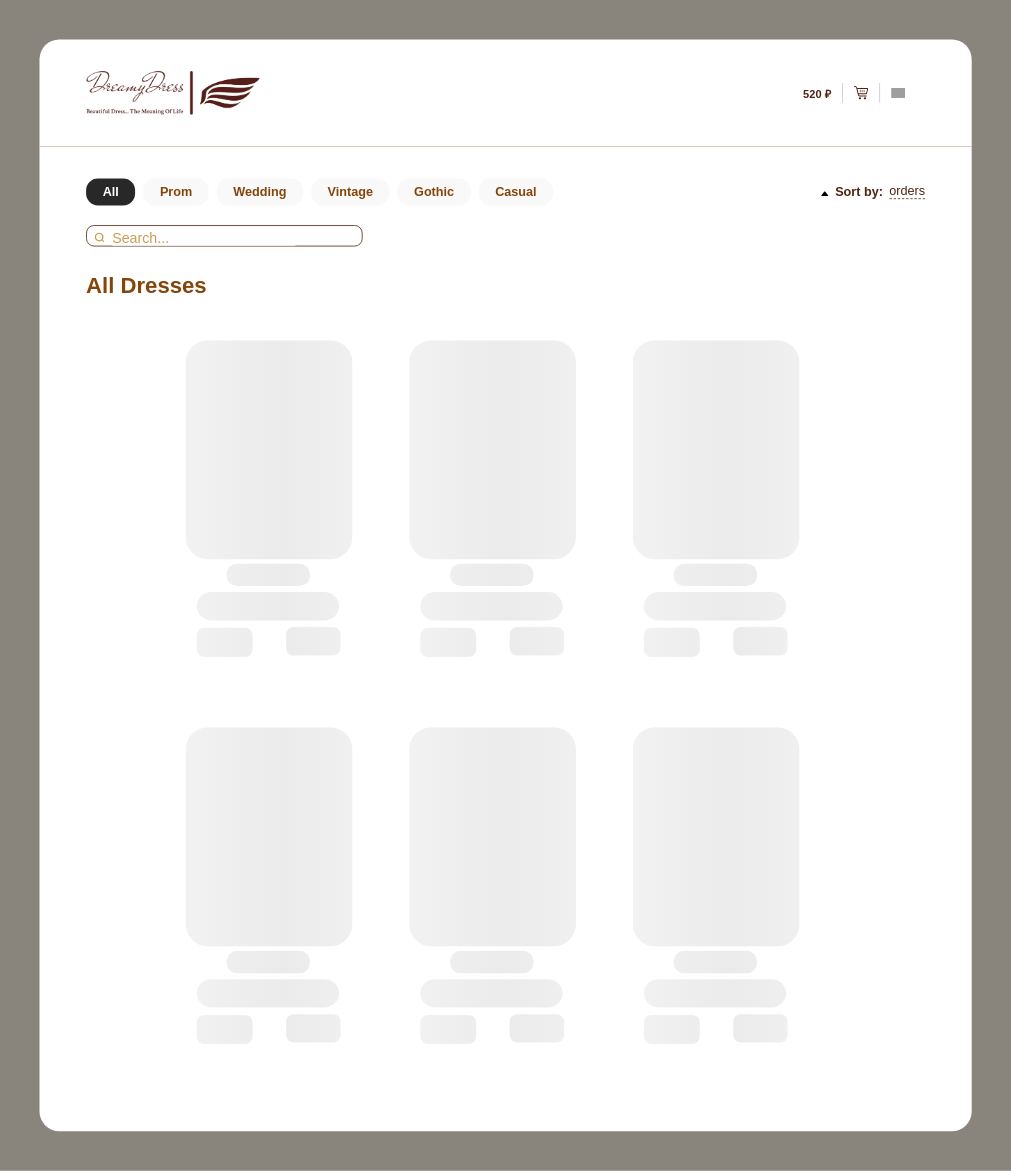
Repository: DisasterWoman/SPA-shop
Page: /
These files come from the project's save history. The page is drawn as it stood at one moment and after a run of saves; the edit follows.
The browser window is 1280 px wide. The pictures show the whole page, at 79% of full size.
Pictures or frames that could not be fetched are drawn as grey boxes. The page's requests for data from a server got no answer. Some web fonts or font styles are not loaded; a fallback is used. The project was rebuilt for these pictures with package versions that can differ from the ones it lists, and the page was loaded fresh each time. No one was signed in, and anything a server would have sent is missing. Also part of the build but not shown: src/components/Buttons/ButtonAdd.jsx, src/components/DressBlock/_dress-block.scss, src/components/DressBlock/DressBlock.jsx, src/components/NotFoundBlock/NotFoundBlock.module.scss, src/components/NotFoundBlock/NotFoundBlock.jsx, src/pages/NotFound.jsx.

Above is the page before, as saved 2022-12-08 18:40:38.

After the next 8 saves:
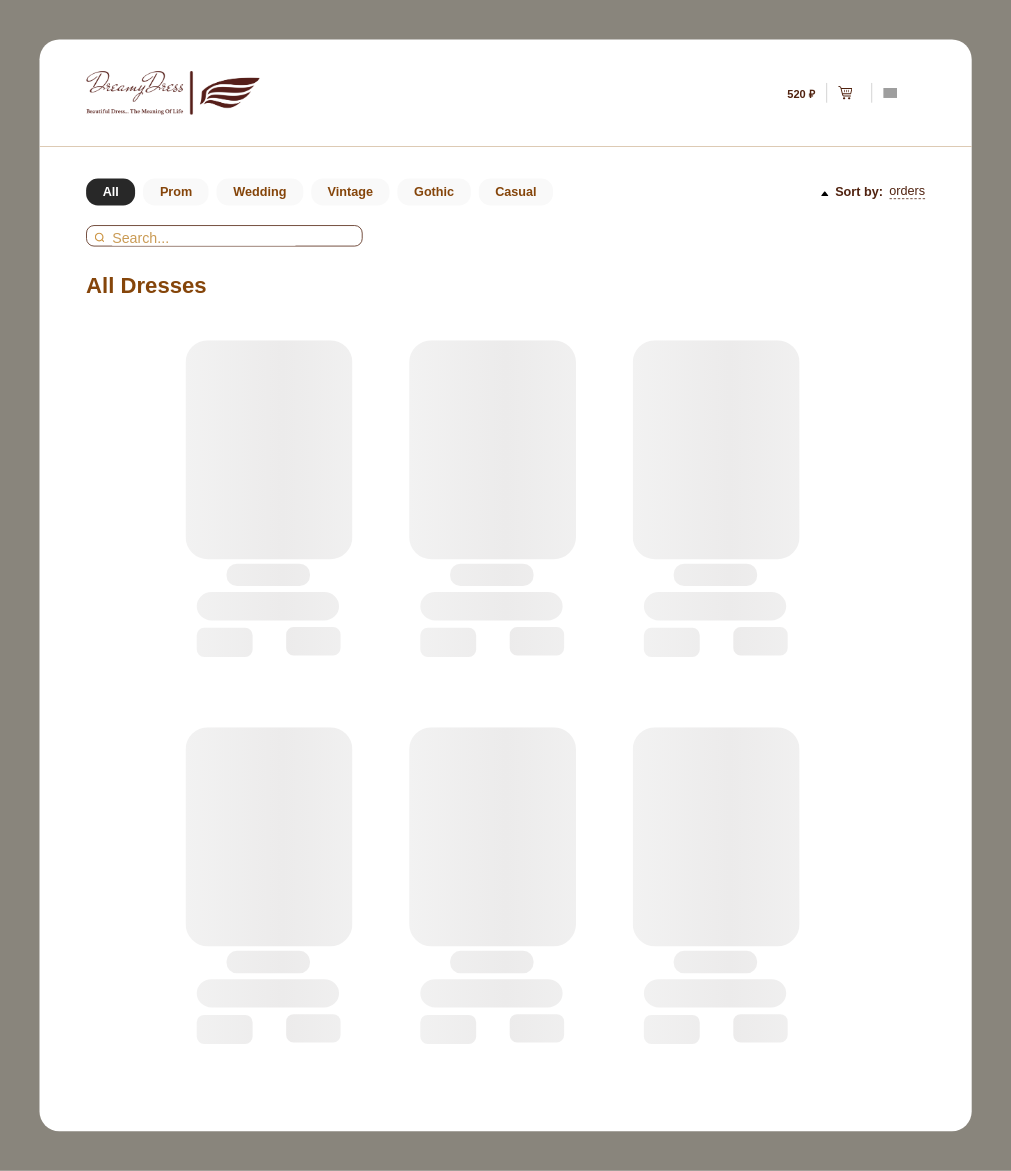
The 8 saves are shown as one change because 2 did not build or start and some came seconds apart.
The last was saved 26 s later.
--- a/src/components/Header/button.module.scss
+++ b/src/components/Header/button.module.scss
@@ -8,8 +8,8 @@
     padding: 12px 25px;
     border-radius: 20px;
     .heart, .cart {
-      width: 18px;
-      width: 18px;
+        margin-right: 10px;
+       width: 18px;
     }
     .buttonDelimiter {
     width: 1px;
